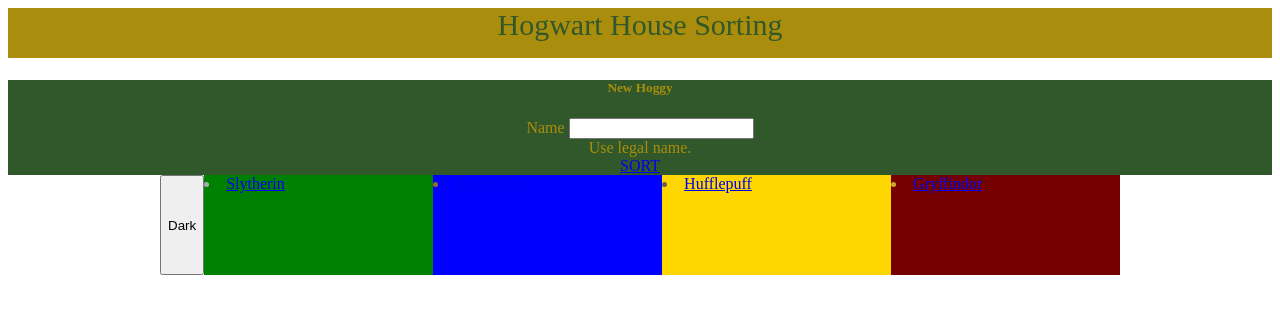
Repository: ZamlZam/INDIVIDUAL-PROJECT-sorting-hat
Page: index.html
These files come from the project's save history. The page is drawn as it stood at one moment and after a run of saves; the edit follows.
The browser window is 1280 px wide. The pictures show the whole page.

Above is the page before, as saved 2023-04-29 12:24:29.

After the next 2 saves:
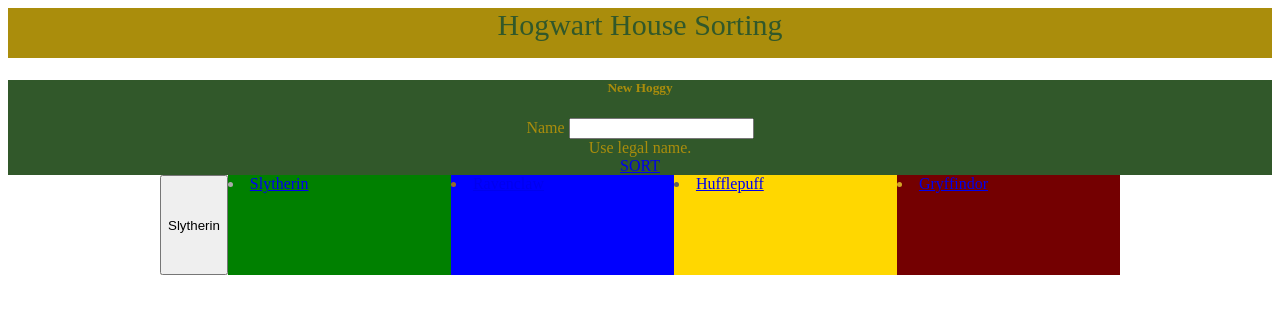
The 2 saves are shown as one change because they came seconds apart.
The last was saved 72 s later.
--- a/index.html
+++ b/index.html
@@ -29,7 +29,7 @@
     <div class="card-footer">
       <!-- <div class="flex-container"> -->
       <div class="Houses">
-        <button type="button" class="btn btn-outline-dark">Dark</button>
+        <button type="button" class="btn btn-outline-dark">Slytherin</button>
         <li class="box one">
           <a class="nav-Slytherin" href="#">Slytherin</a>
         </li>
